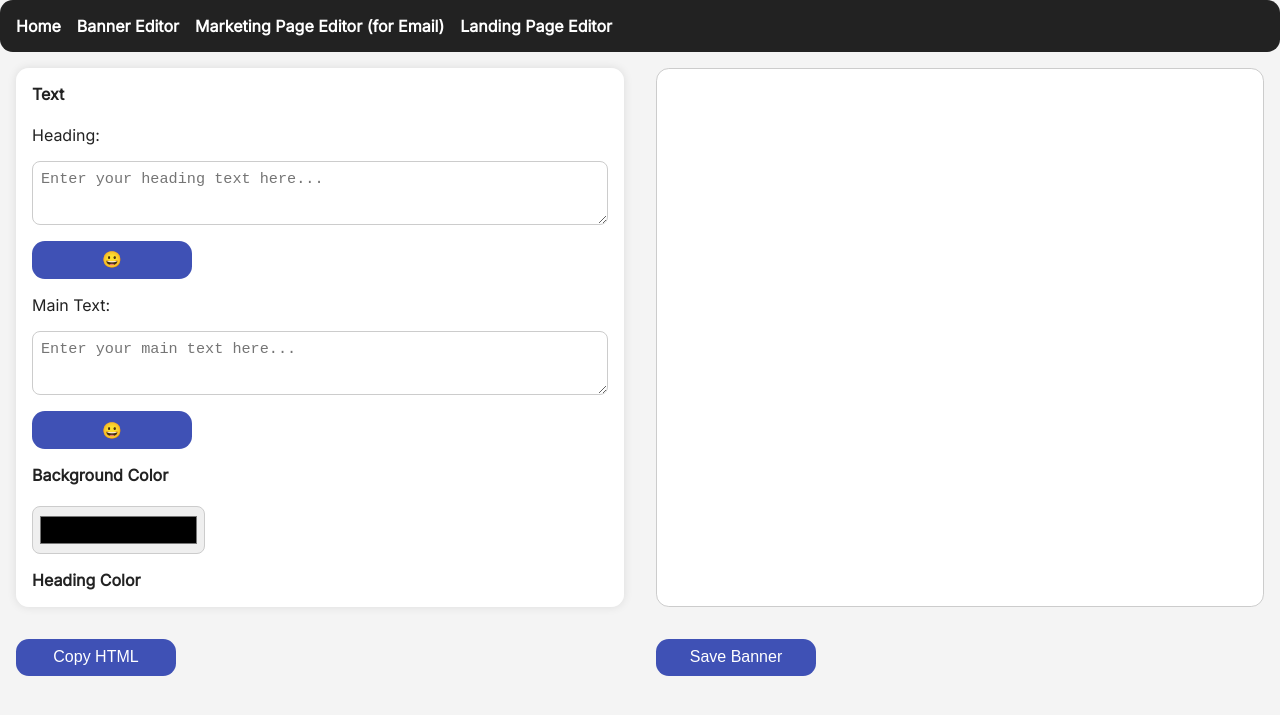
Repository: Yuravolontir/--Baner-Editor--
Page: landing.html
The author's editor kept a copy of each file at every save. The page is drawn from the files as they stood at one save, then again after the next save.
The browser window is 1280 px wide. The pictures show the whole page.
An inner scrolling area shows only its first screen.

Above is the page before, as saved 2025-07-18 15:38:50.

### landing.html
<!DOCTYPE html>
<html lang="en">
<head>
    <meta charset="UTF-8">
    <meta name="viewport" content="width=device-width, initial-scale=1.0">
    <title>Document</title>
    <link rel="stylesheet" href="/styles/banner.css">
    <script type="module" src="/scripts/landing.js"></script>
    <!--Google Fonts-->
 <link href="https://fonts.googleapis.com/css2?family=Be+Vietnam+Pro&family=DM+Sans&family=Figtree&family=Inter&family=Manrope&family=Outfit&family=Rubik&family=Space+Grotesk&family=Sora&family=Urbanist&display=swap" rel="stylesheet">
<link rel="preconnect" href="https://fonts.googleapis.com">
<link rel="preconnect" href="https://fonts.gstatic.com" crossorigin>
<link href="https://fonts.googleapis.com/css2?family=Bangers&family=Lobster+Two:ital,wght@0,400;0,700;1,400;1,700&family=Orbitron:wght@400..900&family=Silkscreen:wght@400;700&display=swap" rel="stylesheet">

</head>
<body>
    <nav>
    <ul>
    <li><a href="/dashboard.html">Home</a></li>
    <li><a href="/banner.html">Banner Editor</a></li>
    <li><a href="/email.html">Marketing Page Editor (for Email)</a></li>
    <li><a href="/landing.html">Landing Page Editor</a></li>
    </ul>
</nav>


<div id="banner-builder-container">
<div id="controls-section">

<h3>Text</h3>

<label for="EmailbannerHeading">Heading:</label>
<textarea id="EmailbannerHeading" placeholder="Enter your heading text here..."></textarea>
<button id="emojiHeading">😀</button>

<label for="EmailbannerText">Main Text:</label>
<textarea id="EmailbannerText" placeholder="Enter your main text here..."></textarea>
<button id="emojiText">😀</button>

<h3>Background Color</h3>
<input type="color" id="BackgroundColor">

<h3>Heading Color</h3>
<input type="color" id="HeadingColor">

<h3>Text Color</h3>
<input type="color" id="TextColor">

<h3>Choose heading font</h3>
<select id="head-font">
  <option value="Courier New">Courier New</option>
  <option value="Inter">Inter</option>
  <option value="Poppins">Poppins</option>
  <option value="Space Grotesk">Space Grotesk</option>
  <option value="Outfit">Outfit</option>
  <option value="Manrope">Manrope</option>
  <option value="Sora">Sora</option>
  <option value="Figtree">Figtree</option>
  <option value="Rubik">Rubik</option>
  <option value="Urbanist">Urbanist</option>
  <option value="DM Sans">DM Sans</option>
  <option value="Silkscreen, sans-serif">Silkscreen Static</option>
  <option value="Orbitron, sans-serif">Orbitron</option>
  <option value="Lobster Two, sans-serif">Lobster Two</option>
  <option value="Bangers, system-ui">Bangers</option>
</select>

<h3>Choose text font</h3>
<select id="text-font">
  <option value="Courier New">Courier New</option>
  <option value="Inter">Inter</option>
  <option value="Poppins">Poppins</option>
  <option value="Space Grotesk">Space Grotesk</option>
  <option value="Outfit">Outfit</option>
  <option value="Manrope">Manrope</option>
  <option value="Sora">Sora</option>
  <option value="Figtree">Figtree</option>
  <option value="Rubik">Rubik</option>
  <option value="Urbanist">Urbanist</option>
  <option value="DM Sans">DM Sans</option>
  <option value="Silkscreen, sans-serif">Silkscreen Static</option>
  <option value="Orbitron, sans-serif">Orbitron</option>
  <option value="Lobster Two, sans-serif">Lobster Two</option>
  <option value="Bangers, system-ui">Bangers</option>
</select>

<h3>Banner Heading Font-size</h3>
<input type="number" id="headingFontSize" placeholder="Enter font size in px" value="24">
<h3>Banner Text Font-size</h3>
<input type="number" id="textFontSize" placeholder="Enter font size in px" value="16">
<label>Set img background URL:</label>
<input type="text" id="imageInput" placeholder="Enter image URL" />
<h3>Try our gradient</h3>
<select id="designStyle">
  <option value="default">Empty</option>
  <option value="gradient1">Minimal Clean</option>
  <option value="gradient2">Bold & Colorful</option>
  <option value="gradient3">Retro Pixel</option>
</select>


</div>
<div id="preview">

</div>

<button id="copyHTML">Copy HTML</button>
<button id="saveemail">Save Banner</button>

</div>









</body>
</html>

### styles/banner.css
/* styles.css */

:root {
  --font-main: 'Inter', sans-serif;
  --color-bg: #f4f4f4;
  --color-dark: #222;
  --color-accent: #3f51b5;
  --control-bg: #fff;
  --border-radius: 0.8rem;
  --spacing: 1rem;
}

* {
  margin: 0;
  padding: 0;
  box-sizing: border-box;
}

html, body {
  font-family: var(--font-main);
  background-color: var(--color-bg);
  color: var(--color-dark);
  height: 100%;
  overflow: hidden;
}

body {
  display: flex;
  flex-direction: column;
  padding: 0;
}

nav ul {
  list-style: none;
  display: flex;
  gap: 1rem;
  background-color: var(--color-dark);
  padding: 1rem;
  border-radius: var(--border-radius);
  overflow-x: auto;
}

nav a {
  color: white;
  text-decoration: none;
  font-weight: bold;
  white-space: nowrap;
}

#banner-builder-container {
  display: grid;
  grid-template-columns: 1fr 1fr;
  gap: 2rem;
  padding: 1rem;
  height: calc(100vh - 80px);
  overflow: hidden;
}

#controls-section {
  display: flex;
  flex-direction: column;
  gap: 1rem;
  background-color: var(--control-bg);
  padding: 1rem;
  border-radius: var(--border-radius);
  box-shadow: 0 0 10px rgba(0, 0, 0, 0.1);
  overflow-y: auto;
  max-height: 100%;
}

#controls-section h3 {
  margin-bottom: 0.3rem;
  font-size: 1rem;
}

#controls-section input[type="color"],
#controls-section input[type="number"],
#controls-section select,
#controls-section textarea {
  width: 100%;
  padding: 0.5rem;
  font-size: 0.95rem;
  border: 1px solid #ccc;
  border-radius: 0.5rem;
}

#controls-section input[type="color"]
{
  width: 30%;
  height: auto;
  padding: 0.3rem;
  font-size: 0.95rem;
  border: 1px solid #ccc;
  border-radius: 0.5rem;
  min-height: 3rem;

}

#controls-section textarea {
  min-height: 4rem;
  resize: vertical;
}

button {
  background-color: var(--color-accent);
  color: white;
  border: none;
  padding: 0.6rem 1rem;
  font-size: 1rem;
  border-radius: var(--border-radius);
  cursor: pointer;
  transition: background-color 0.2s ease;
  width: 10rem;

}
#downloadBanner, #saveBanner {
  margin-left: auto;
  margin-right: auto;
}

button:hover {
  background-color: #2c3e91;
}

#preview {
  background-color: white;
  border: 1px solid #ccc;
  min-height: 40vh;
  display: flex;
  justify-content: center;
  align-items: center;
  padding: 1rem;
  border-radius: var(--border-radius);
  overflow: auto;
  height: 100%;
}

@media (max-width: 768px) {
  #banner-builder-container {
    grid-template-columns: 1fr;
    grid-template-rows: auto 1fr;
    height: auto;
  }

  #controls-section {
    max-height: none;
    height: auto;
  }

  #preview {
    height: 50vh;
    margin-top: 1rem;
  }
}

Loaded but not shown: scripts/landing.js (no stored copy; drawn as an empty file)

After the next save:
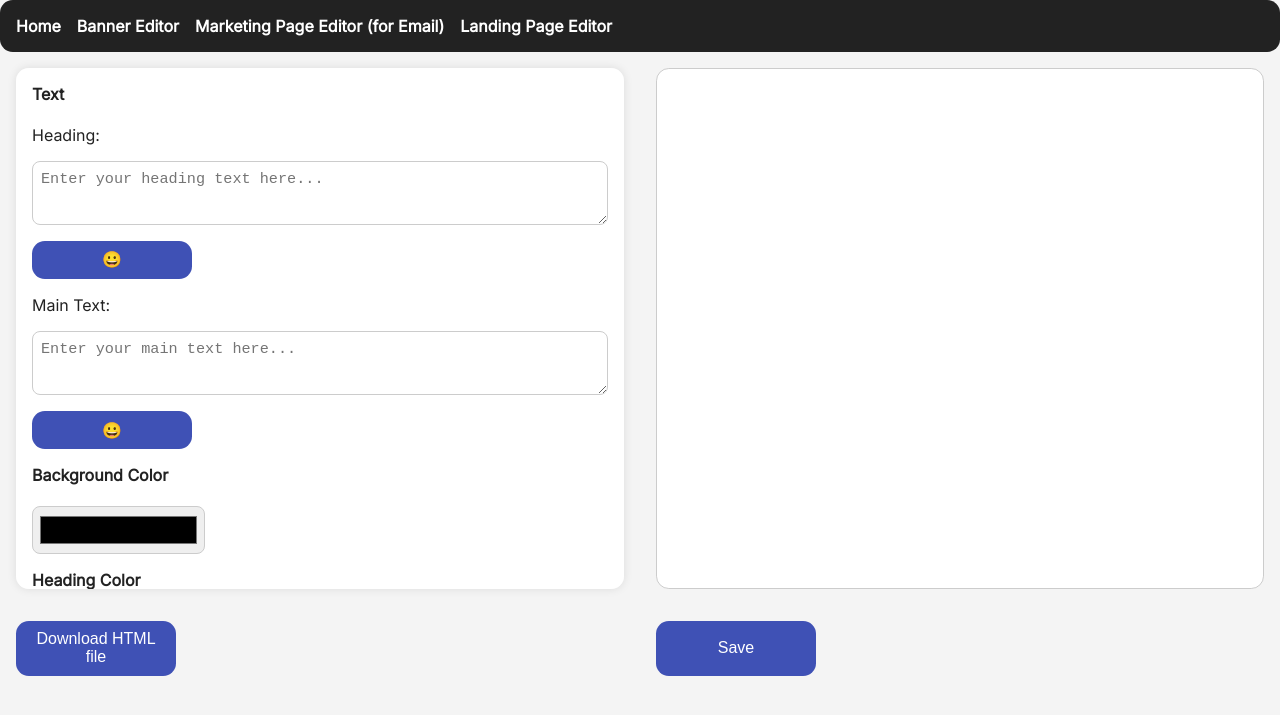
Saved 2 min 53 s later.
--- a/landing.html
+++ b/landing.html
@@ -29,12 +29,12 @@
 
 <h3>Text</h3>
 
-<label for="EmailbannerHeading">Heading:</label>
-<textarea id="EmailbannerHeading" placeholder="Enter your heading text here..."></textarea>
+<label for="Heading">Heading:</label>
+<textarea id="Heading" placeholder="Enter your heading text here..."></textarea>
 <button id="emojiHeading">😀</button>
 
-<label for="EmailbannerText">Main Text:</label>
-<textarea id="EmailbannerText" placeholder="Enter your main text here..."></textarea>
+<label for="Text">Main Text:</label>
+<textarea id="Text" placeholder="Enter your main text here..."></textarea>
 <button id="emojiText">😀</button>
 
 <h3>Background Color</h3>
@@ -104,8 +104,8 @@
 
 </div>
 
-<button id="copyHTML">Copy HTML</button>
-<button id="saveemail">Save Banner</button>
+<button id="DownloadHTML">Download HTML file</button>
+<button id="saveLanding">Save</button>
 
 </div>
 
